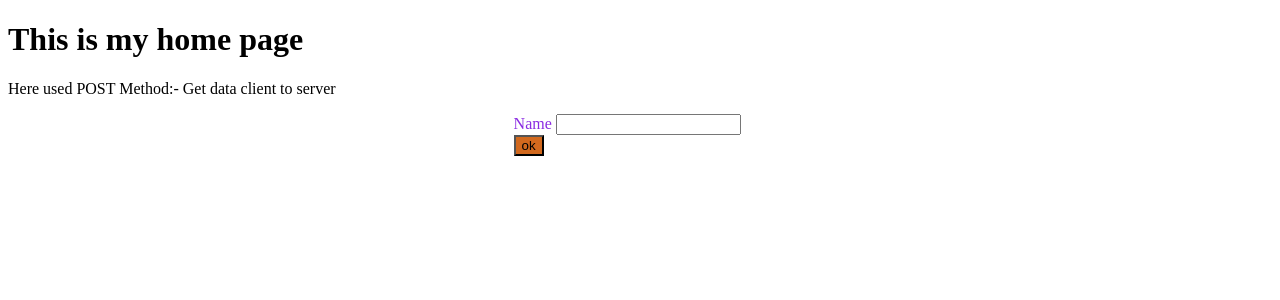
Repository: gautamsonam011/CMS
Page: http://localhost/home/
These files come from the project's save history. The page is drawn as it stood at one moment and after the next save; the edit follows.
The browser window is 1280 px wide. The pictures show the whole page.
The page is served by the project's application, run on Django 5.2 (manage.py). Other server files are loaded and not shown.

Above is the page before, as saved 2025-09-06 12:26:58.

### templates/home.html
<!-- <!DOCTYPE html>
<html lang="en">
<head>
    <meta charset="UTF-8">
    <meta name="viewport" content="width=device-width, initial-scale=1.0">
    <title>Home Page</title>
    internal css
    external css
    inline css
    <style>
        form{
            width:250px;
            height: 00px;
            background-color: cadetblue;
            margin-left: 40%;
        }
        #name{
            text-align: center;
        }
        .name{
            color: blueviolet;
        }
    </style>
</head>
<body>
    How to use GET method
    <h1>This is my home page</h1>
    <p>Here used GET Method:- Get data client to server</p>
    <form action="" method="get">
        <label class="name" for="name" >Name</label >
        <input id="name" name="name" type="text">
        <input type="submit" value="ok" style="background-color: chocolate;">
    </form>
</body>
</html> -->


<!DOCTYPE html>
<html lang="en">
<head>
    <meta charset="UTF-8">
    <meta name="viewport" content="width=device-width, initial-scale=1.0">
    <title>About Page</title>
    <!-- internal css
    external css
    inline css -->
    <style>
        form{
            width:250px;
            height: 00px;
            background-color: cadetblue;
            margin-left: 40%;
        }
        #name{
            text-align: center;
        }
        .name{
            color: blueviolet;
        }
    </style>
</head>
<body>
    <!-- How to use POST method  -->
    <h1>This is my home page</h1>
    <p>Here used POST Method:- Get data client to server</p>
    <form action="" method="POST">
        {% csrf_token %}
        <label class="name" for="name" >Name</label >
        <input id="name" name="name" type="text">
        <input type="submit" value="ok" style="background-color: chocolate;">
    </form>
</body>
</html>

### CMS/views.py
# Here write your logical code
# This is a business logic layer
from django.http import HttpResponse
from django.shortcuts import render

def client_request_response(request):
    return HttpResponse("<h1>Hello Django Project</h1>")

def request_add_two_numbers(request):
    return HttpResponse("<h1>Add two numbers and sum = 78 </h1>")

def request_message(request):
    return HttpResponse("<h1>'Message type content' refers to either the actual data or text within a message (the content of the message) or, in a technical context, the definition of the structure and type of data a message can hold, such as MIME message types, SAP message types, or message types in programming languages like Java. The specific meaning depends on whether you're talking about the message's substance or its programmatic definition and structure. </h1>")

def my_first_template(request):
    return render(request, 'firstfile.html')

def my_home_page(request):
    return render(request, 'home.html')

def my_about_page(request):
    if request.method == "POST":
        print(request.POST)

        name = request.POST.get("name")
        return render(request, "about.html")

### CMS/urls.py

from django.contrib import admin
from django.urls import path
from . import views

urlpatterns = [
    path('admin/', admin.site.urls),
    path("client/", views.client_request_response),
    path("add/", views.request_add_two_numbers),
    path('message/', views.request_message),
    path('first/', views.my_first_template),
    path('home/', views.my_home_page),
    path('about/', views.my_about_page),
]

After the next save:
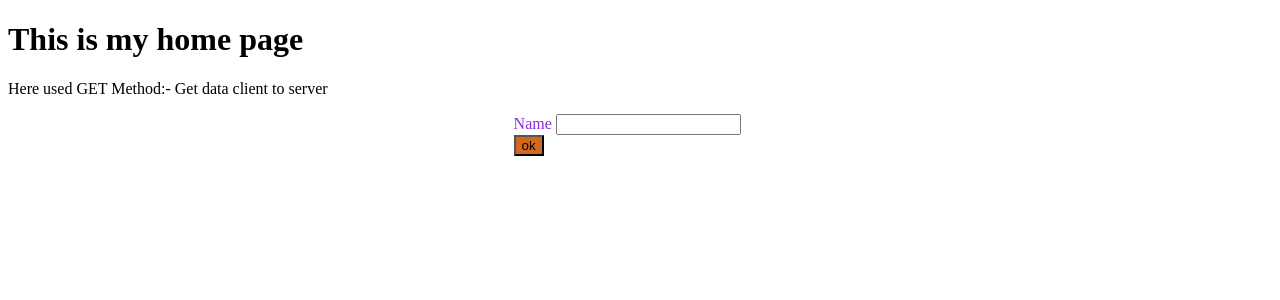
Saved 29 s later.
--- a/templates/home.html
+++ b/templates/home.html
@@ -1,46 +1,9 @@
-<!-- <!DOCTYPE html>
+<!DOCTYPE html>
 <html lang="en">
 <head>
     <meta charset="UTF-8">
     <meta name="viewport" content="width=device-width, initial-scale=1.0">
     <title>Home Page</title>
-    internal css
-    external css
-    inline css
-    <style>
-        form{
-            width:250px;
-            height: 00px;
-            background-color: cadetblue;
-            margin-left: 40%;
-        }
-        #name{
-            text-align: center;
-        }
-        .name{
-            color: blueviolet;
-        }
-    </style>
-</head>
-<body>
-    How to use GET method
-    <h1>This is my home page</h1>
-    <p>Here used GET Method:- Get data client to server</p>
-    <form action="" method="get">
-        <label class="name" for="name" >Name</label >
-        <input id="name" name="name" type="text">
-        <input type="submit" value="ok" style="background-color: chocolate;">
-    </form>
-</body>
-</html> -->
-
-
-<!DOCTYPE html>
-<html lang="en">
-<head>
-    <meta charset="UTF-8">
-    <meta name="viewport" content="width=device-width, initial-scale=1.0">
-    <title>About Page</title>
     <!-- internal css
     external css
     inline css -->
@@ -60,11 +23,10 @@
     </style>
 </head>
 <body>
-    <!-- How to use POST method  -->
+    <!-- How to use GET method  -->
     <h1>This is my home page</h1>
-    <p>Here used POST Method:- Get data client to server</p>
-    <form action="" method="POST">
-        {% csrf_token %}
+    <p>Here used GET Method:- Get data client to server</p>
+    <form action="" method="get">
         <label class="name" for="name" >Name</label >
         <input id="name" name="name" type="text">
         <input type="submit" value="ok" style="background-color: chocolate;">
